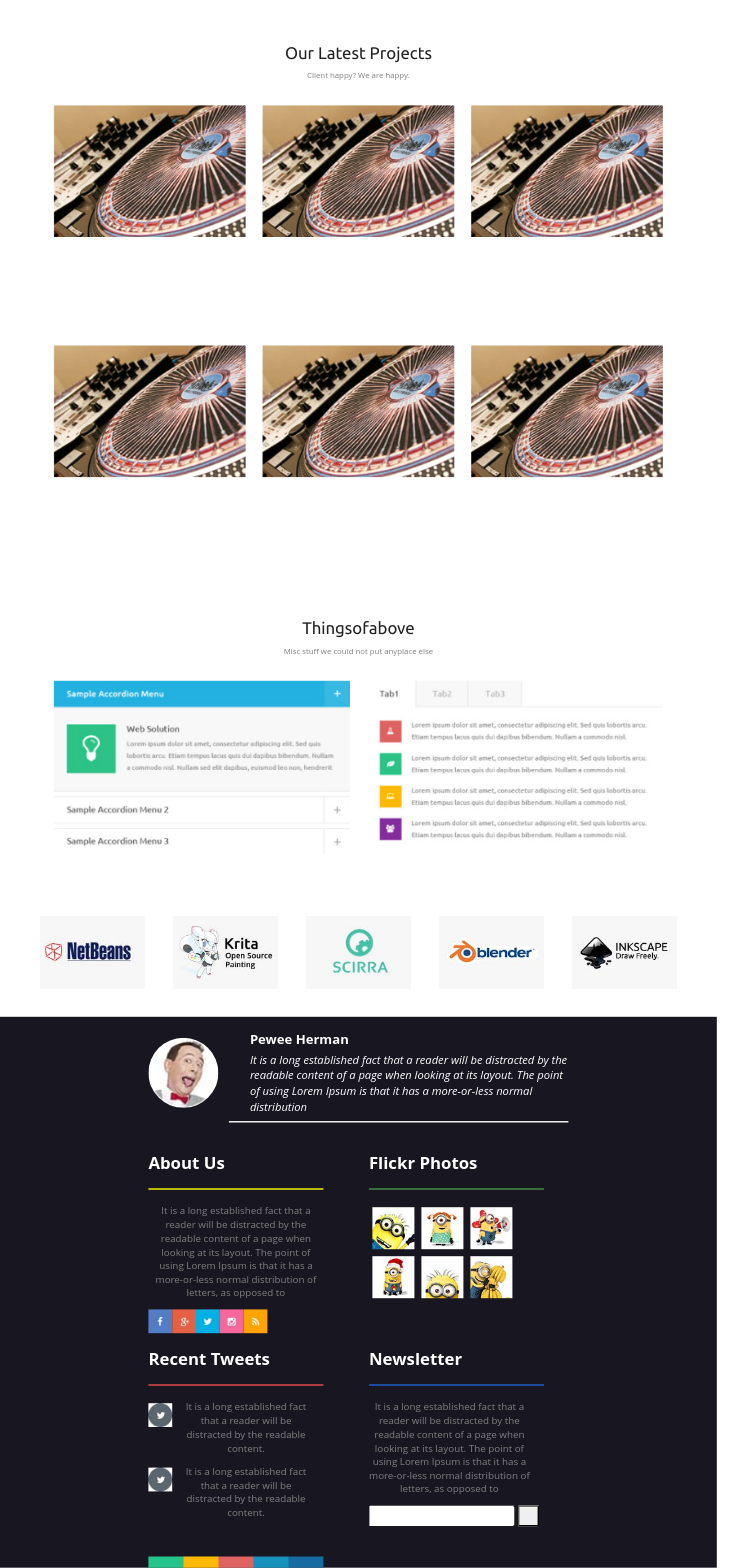
Repository: RenataDzotova/Metrolics-Renata-Beyonce
Page: index.html
An editor plug-in stored every save of this project. The page is shown before and after the next save, followed by the edit.
The browser window is 1024 px wide. The page is 1062 px wide, so the pictures cover 1062 px, including what lies to the right of the window. The pictures show the part of the page from y = 1721 to 3961 px (the page is 3961 px tall before and 3624 px after), at 70% of full size.
Some web fonts or font styles are not loaded; a fallback is used.

Above is the page before, as saved 2022-02-02 18:23:05.

After the next save:
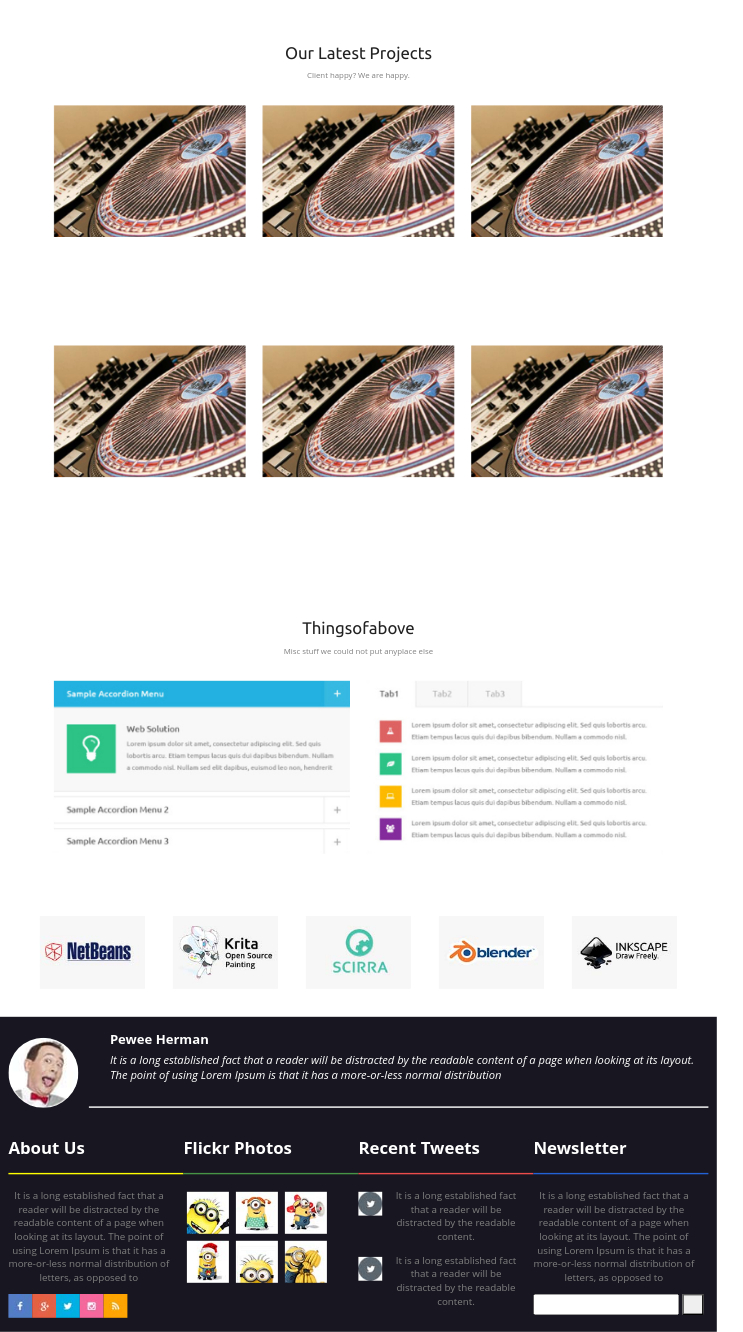
Saved 5 h 10 min later.
--- a/css/renata.css
+++ b/css/renata.css
@@ -367,41 +367,3 @@
     justify-content: flex-end;
     margin-top: 40px;
   }
-
-
-
-
-
-  /* //////////////// media queries //////////// */
-
-  @media screen and (max-width: 74.9375em) {
-    .footerBlack_content{
-        width: 600px;
-        height: fit-content;
-    }
-
-    .footer-black{
-        height: fit-content;
-    }
-
-    .PeweeHerman{
-        width: 600px;
-    }
-
-    .info-blocks{
-        display: grid;
-        grid-template-columns: auto auto;
-        grid-template-rows: 150px 150px;
-        width: 600px;
-        grid-gap: 130px 10px;
-        padding: 10 10 0 10px;
-    }
-
-    .blockOne p{
-        width: 250px;
-    }
-
-
-
-
-}
